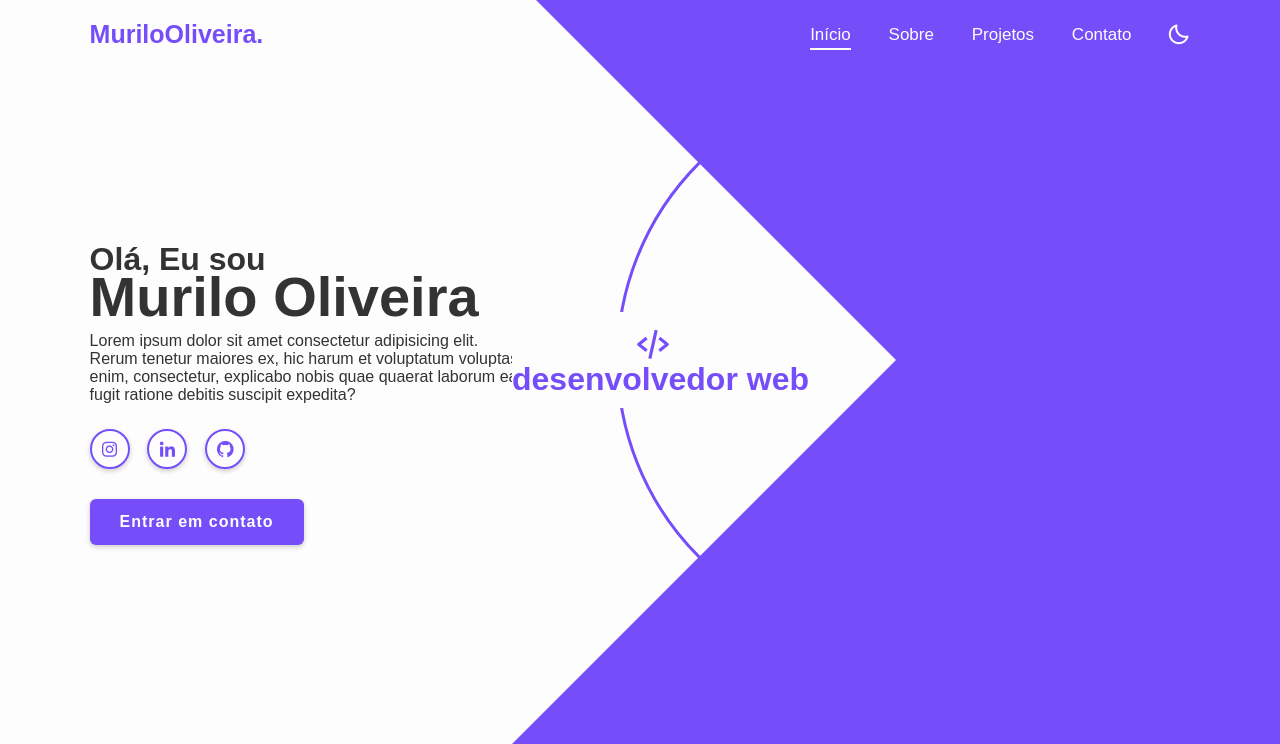
Repository: devMuriloOliveira/Portfolio-
Page: index.html
An editor plug-in stored every save of this project. The page is shown before and after the next save, followed by the edit.
The browser window is 1280 px wide. The pictures show the whole page.
Some web fonts or font styles are not loaded; a fallback is used.

Above is the page before, as saved 2023-03-11 15:24:10.

After the next save:
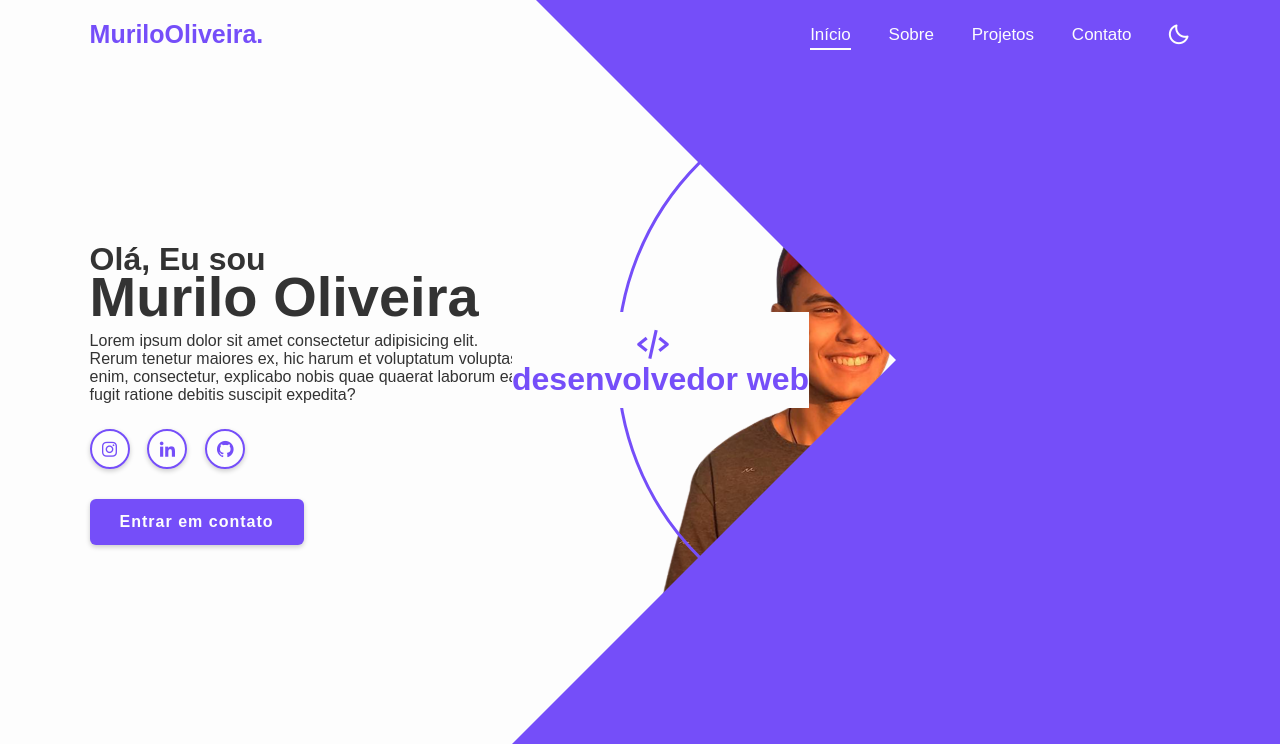
Saved 4 min 22 s later.
--- a/index.html
+++ b/index.html
@@ -78,6 +78,10 @@
 
         <div class="overlay"></div>
       </div>
+
+      <div class="inicio-img">
+        <img src="assets/homem_sorrindo-removebg-preview.png" alt="" />
+      </div>
     </section>
     <script src="js/script.js"></script>
   </body>
